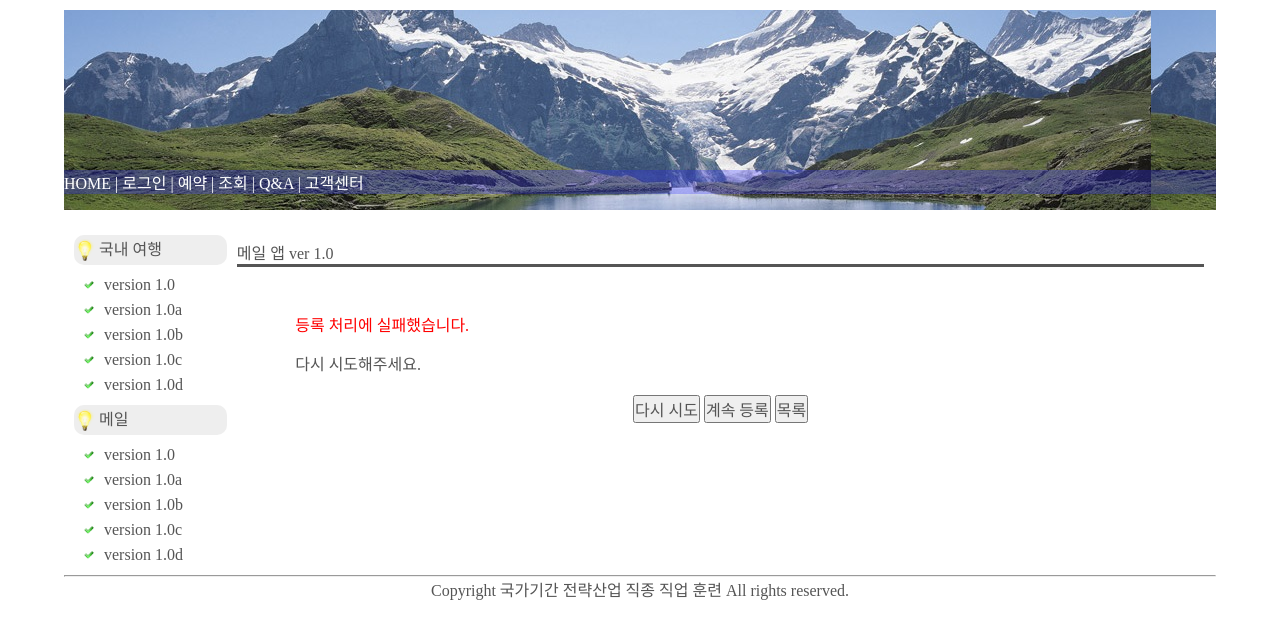
Repository: jangky000/ai_web
Page: http://localhost/blog_v2jc/mail_app/create_proc.jsp
These files come from the project's save history. The page is drawn as it stood at one moment and after the next save; the edit follows.
The browser window is 1280 px wide. The pictures show the whole page.
The page is served by Tomcat 9. Queries for data that is not in the repository find no rows.

Above is the page before, as saved 2020-03-27 07:29:43.

After the next save:
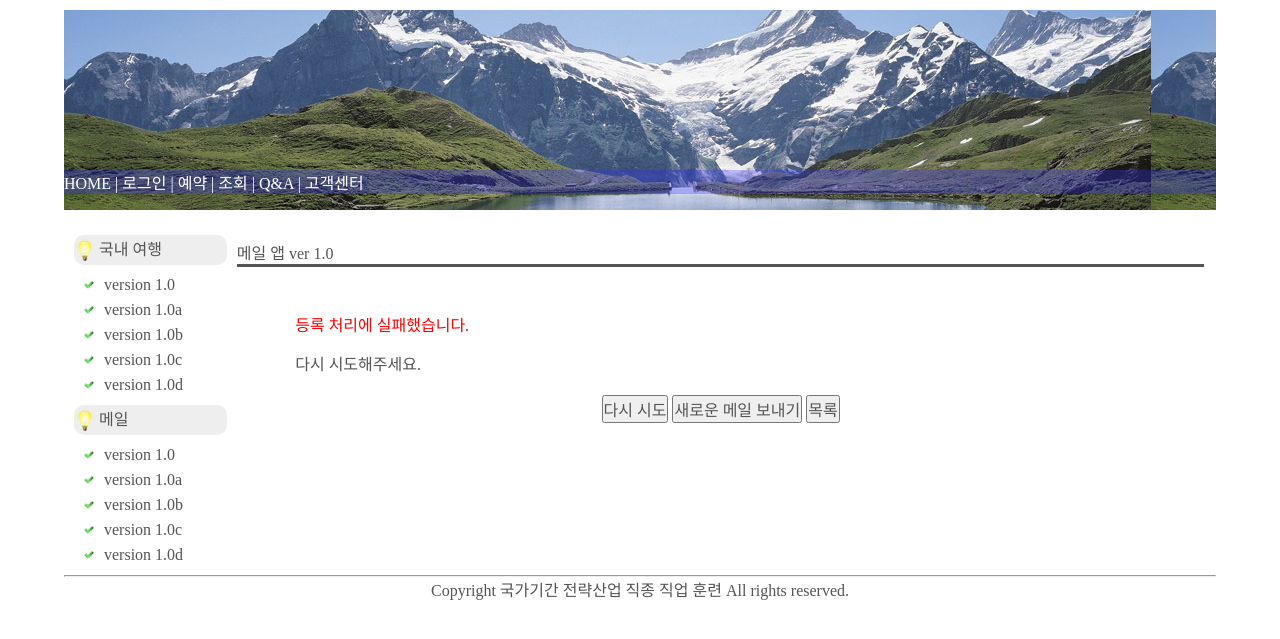
Saved 20 s later.
--- a/ws__frame/blog_v2jc/WebContent/mail_app/create_proc.jsp
+++ b/ws__frame/blog_v2jc/WebContent/mail_app/create_proc.jsp
@@ -107,7 +107,7 @@ String password = "1234";
           <%
         }
         %>
-        <button type="button" onclick="location.href = './create_form.jsp'">계속 등록</button>
+        <button type="button" onclick="location.href = './create_form.jsp'">새로운 메일 보내기</button>
         <button type="button" onclick="location.href = './list.jsp'">목록</button>
       </div>
   </fieldset>
